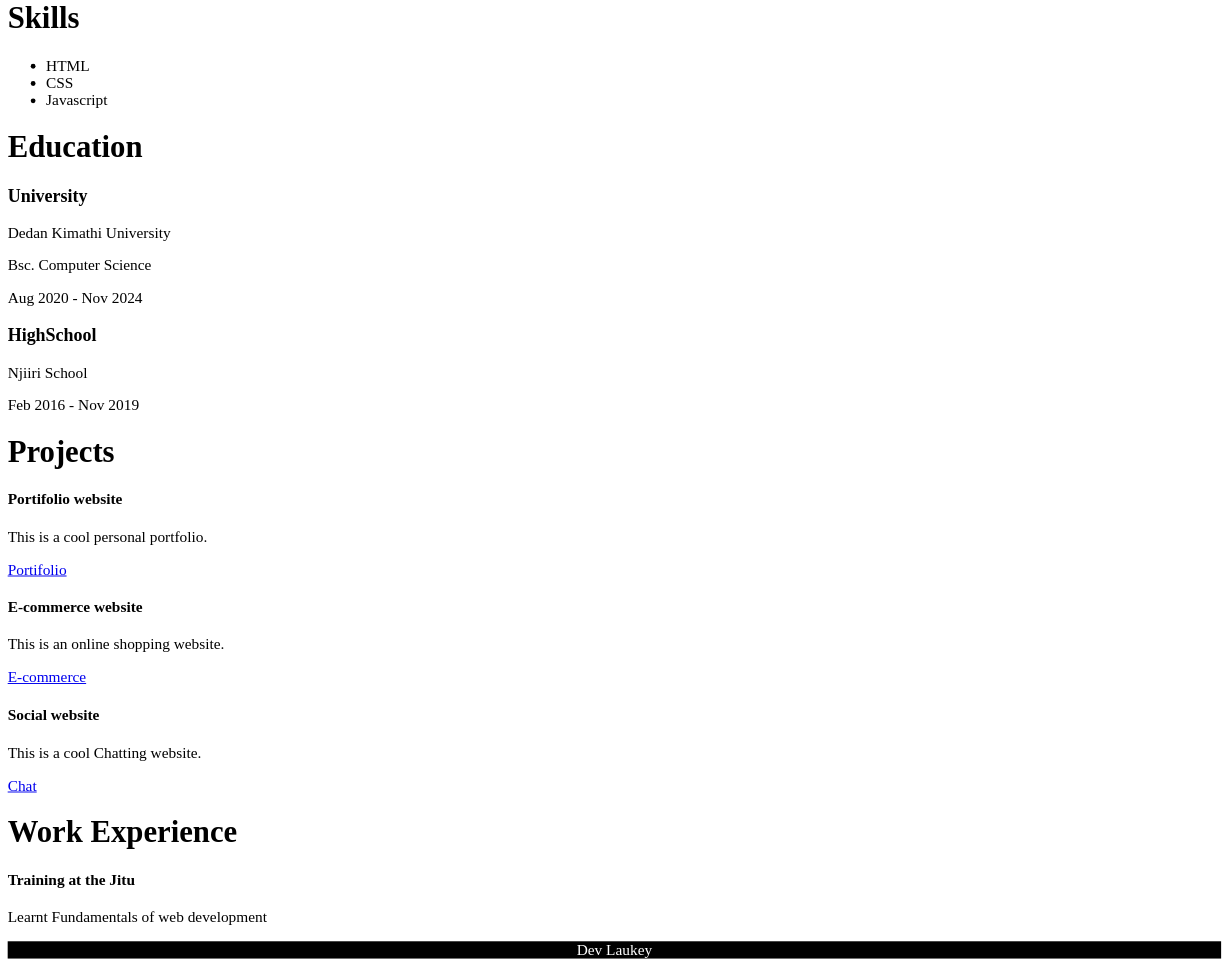
Repository: LaukeyMwaura/Jitu-Day-2
Page: index.html
The author's editor kept a copy of each file at every save. The page is drawn from the files as they stood at one save, then again after the next save.
The browser window is 1280 px wide. The pictures show the part of the page from y = 762 to 1777 px (the page is 1777 px tall), at 96% of full size.
A picture or video elsewhere on the page could not be fetched, so the positions and the page height are approximate.

Above is the page before, as saved 2022-05-11 09:40:00.

After the next save:
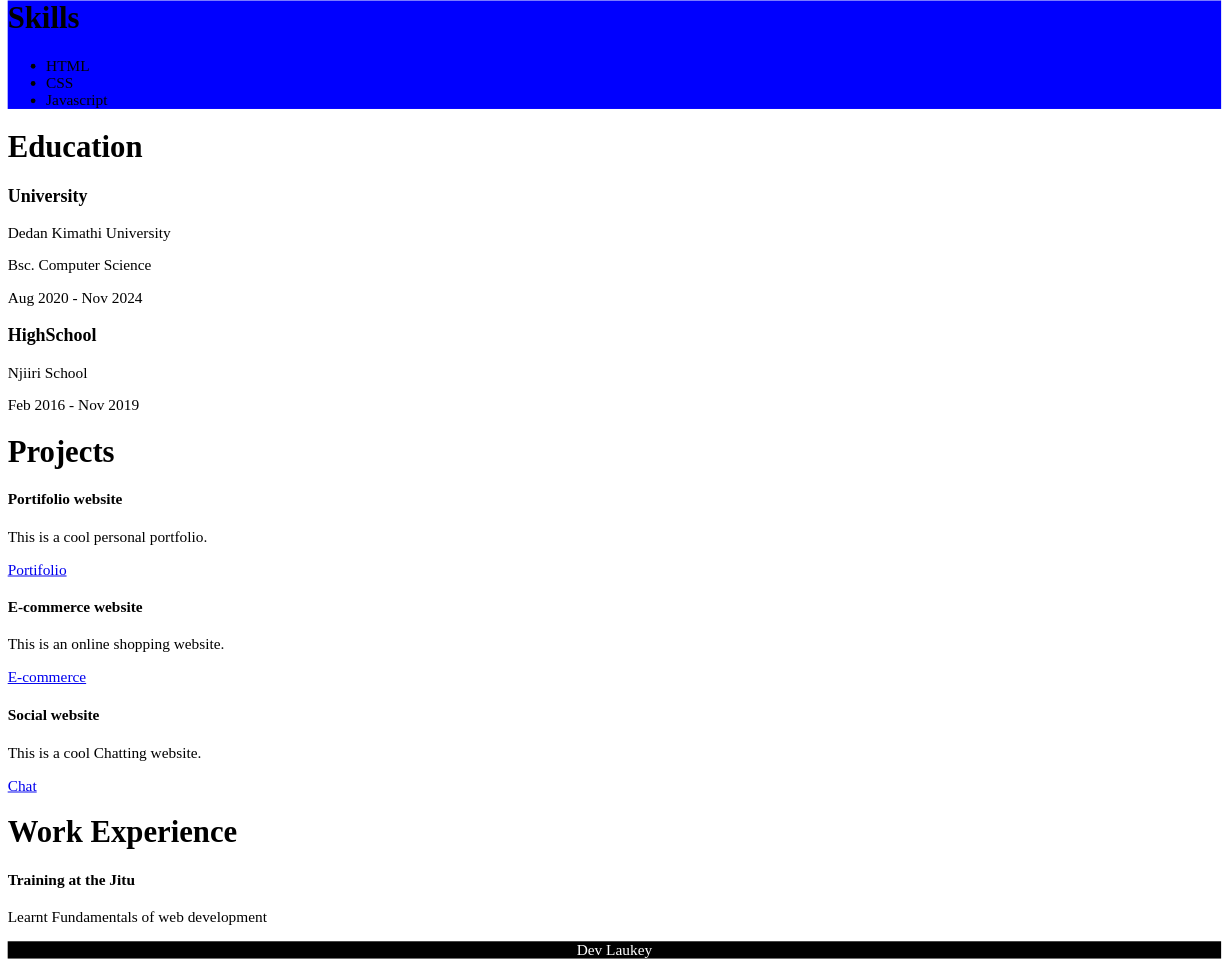
Saved 4 h 41 min later.
--- a/index.html
+++ b/index.html
@@ -32,7 +32,7 @@
       >
       <a target="_blank" href="https://github.com/DevLaukey">Github</a>
     </div>
-    <div id="skills">
+    <div id="skills" style="background-color: blue;">
       <h1>Skills</h1>
       <ul>
         <li>HTML</li>
